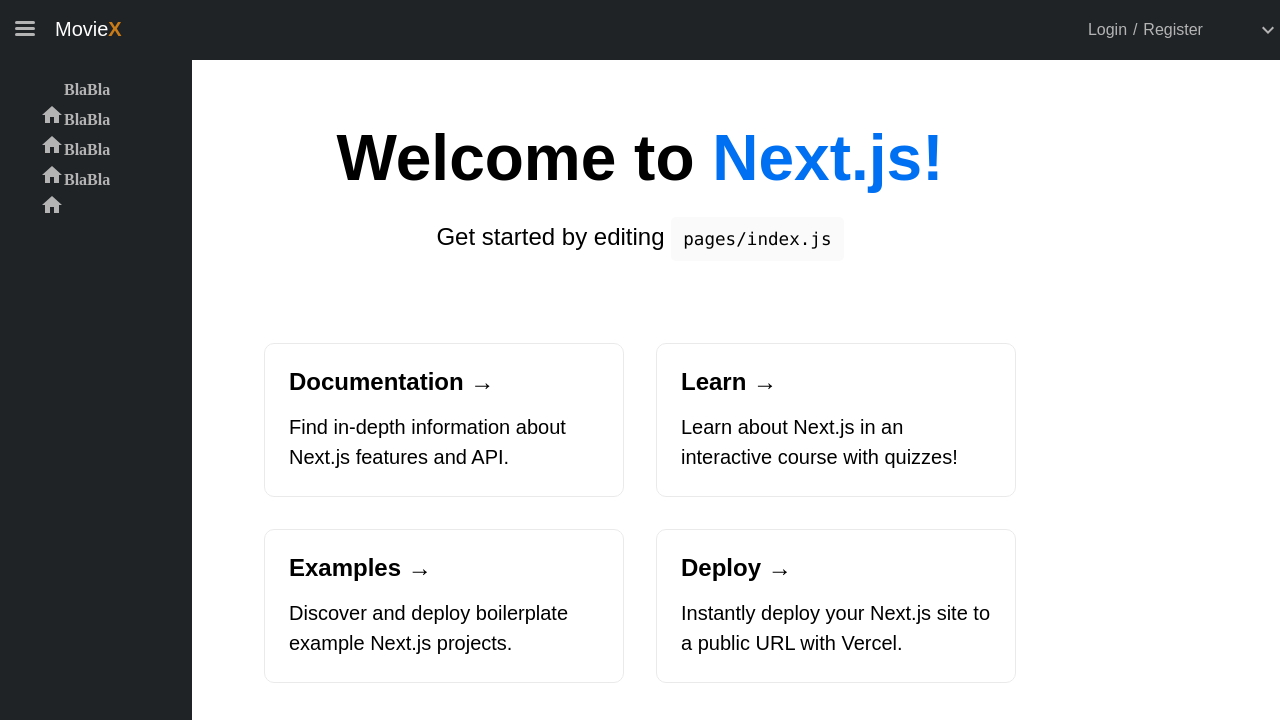
Repository: Amad-Mlinka/MovieTVBrowserNext
Page: /
An editor plug-in stored every save of this project. The page is shown before and after the next save, followed by the edit.
The browser window is 1280 px wide. The pictures show the whole page.
An inner scrolling area shows only its first screen. The project was rebuilt for these pictures with package versions that can differ from the ones it lists, and the page was loaded fresh each time. The framework's server and built-in components were replaced by stand-ins that run in the browser. Also part of the build but not shown: next.config.js.

Above is the page before, as saved 2021-08-03 18:52:29.

### pages/_app.js
import Layout from '../components/layout/Layout'
import '../styles/globals.scss'


function MyApp({ Component, pageProps }) {
  return (
    <Layout>
      <Component {...pageProps} />
    </Layout>


  )
}

export default MyApp

### components/layout/Layout.tsx
import React from 'react'
import Header from "../header/Header"

const Layout = ({children}) => {
    return (
        <>
        <Header/>
        <main>
            {children}
        </main>
        </>

    )
}

export default Layout

### styles/globals.scss
html, body {
  overflow-x: hidden;
  height: 100%;
}
body {
  background: #fff;
  padding: 0;
  margin: 0;
  font-family: 'Varela Round', sans-serif;
}

a {
  color: inherit;
  text-decoration: none;
}

* {
  box-sizing: border-box;
}

### styles/Home.module.scss
.container {
  min-height: 100vh;
  padding: 0 0.5rem;
  display: flex;
  flex-direction: column;
  justify-content: center;
  align-items: center;
  height: 100vh;
}

.main {
  padding: 5rem 0;
  flex: 1;
  display: flex;
  flex-direction: column;
  justify-content: center;
  align-items: center;
}

.footer {
  width: 100%;
  height: 100px;
  border-top: 1px solid #eaeaea;
  display: flex;
  justify-content: center;
  align-items: center;
}

.footer a {
  display: flex;
  justify-content: center;
  align-items: center;
  flex-grow: 1;
}

.title a {
  color: #0070f3;
  text-decoration: none;
}

.title a:hover,
.title a:focus,
.title a:active {
  text-decoration: underline;
}

.title {
  margin: 0;
  line-height: 1.15;
  font-size: 4rem;
}

.title,
.description {
  text-align: center;
}

.description {
  line-height: 1.5;
  font-size: 1.5rem;
}

.code {
  background: #fafafa;
  border-radius: 5px;
  padding: 0.75rem;
  font-size: 1.1rem;
  font-family: Menlo, Monaco, Lucida Console, Liberation Mono, DejaVu Sans Mono,
    Bitstream Vera Sans Mono, Courier New, monospace;
}

.grid {
  display: flex;
  align-items: center;
  justify-content: center;
  flex-wrap: wrap;
  max-width: 800px;
  margin-top: 3rem;
}

.card {
  margin: 1rem;
  padding: 1.5rem;
  text-align: left;
  color: inherit;
  text-decoration: none;
  border: 1px solid #eaeaea;
  border-radius: 10px;
  transition: color 0.15s ease, border-color 0.15s ease;
  width: 45%;
}

.card:hover,
.card:focus,
.card:active {
  color: #0070f3;
  border-color: #0070f3;
}

.card h2 {
  margin: 0 0 1rem 0;
  font-size: 1.5rem;
}

.card p {
  margin: 0;
  font-size: 1.25rem;
  line-height: 1.5;
}

.logo {
  height: 1em;
  margin-left: 0.5rem;
}

@media (max-width: 600px) {
  .grid {
    width: 100%;
    flex-direction: column;
  }
}

### components/header/Header.tsx
/*Imports */
import React, { useState } from 'react'

/*Material components*/
import Avatar from '@material-ui/core/Avatar';

/*Icons*/
import KeyboardArrowDownIcon from '@material-ui/icons/KeyboardArrowDown';
import HomeIcon from '@material-ui/icons/Home';
import SearchIcon from '@material-ui/icons/Search';

/*Import Plugins*/
import $ from "jquery";

/*Styles*/
import headerStyles from "../../styles/Header.module.scss"




const Header = () => {
    const [hamburger, setHamburger] = useState(false)
    const hamburgerToggle = () => {
        setHamburger(!hamburger);

        $(`.${headerStyles.sidebar}`).addClass(`${headerStyles.sidebarActive}`)

    }
    return (
        <>
            <header className={headerStyles.header}>
                <div className={headerStyles.left}>
                    <div className={headerStyles.hamburgerLogo}>
                        <div className={headerStyles.hamburger} onClick={hamburgerToggle}>
                            <div className={`${headerStyles.spinner} ${headerStyles.diagonal} ${hamburger ? headerStyles.part1Active : ""}`}></div>
                            <div className={`${headerStyles.spinner} ${headerStyles.horizontal} ${hamburger ? headerStyles.horizontalActive : ""}`}></div>
                            <div className={`${headerStyles.spinner} ${headerStyles.diagonal} ${hamburger ? headerStyles.part2Active : ""}`}></div>
                        </div>
                        <div data-end="X" className={headerStyles.logo}>
                            <span>Movie</span>
                        </div>
                    </div>

                    <div className={headerStyles.search}>
                        <div className={headerStyles.searchContainer}>
                            <SearchIcon className={headerStyles.searchIcon} />
                            <input type="search" name="searchBar" className={headerStyles.searchBar} ></input>
                        </div>

                    </div>
                </div>
                <div className={headerStyles.right}>
                    <KeyboardArrowDownIcon className={headerStyles.expandButton} />
                    <div className={headerStyles.profile}>
                        <div className={`${headerStyles.loggedIn} ${headerStyles.dNone}`}>

                            <Avatar className={headerStyles.avatar} alt="Amad Mlinaric"> AM </Avatar>
                        </div>
                        <div className={`${headerStyles.notLoggedIn}`}>
                            <div className={headerStyles.loginRegister}>
                                <div className={headerStyles.login}>
                                    <span>Login</span>
                                </div>
                                <span>/</span>
                                <div className={headerStyles.register}>
                                    <span>Register</span>
                                </div>
                            </div>
                        </div>
                    </div>
                </div>

            </header>
            <div className={`${headerStyles.sidebar} ${hamburger ? headerStyles.sidebarActive : ""}`}>
                <div className={headerStyles.sidebarMenu}>
                    <ul className={headerStyles.sidebarList}>
                        <li className={headerStyles.sidebarLink}>
                            <div className={headerStyles.sidebarIcon}>
                                <HomeIcon />
                            </div>
                            BlaBla
                        </li>
                        <li className={headerStyles.sidebarLink}>
                            <div className={headerStyles.sidebarIcon}>
                                <HomeIcon />
                            </div>
                            BlaBla
                        </li>
                        <li className={headerStyles.sidebarLink}>
                            <div className={headerStyles.sidebarIcon}>
                                <HomeIcon />
                            </div>
                            BlaBla
                        </li>
                        <li className={headerStyles.sidebarLink}>
                            <div className={headerStyles.sidebarIcon}>
                                <HomeIcon />
                            </div>
                            BlaBla
                        </li>

                    </ul>
                </div>

            </div>

        </>

    )
}

export default Header

### styles/Header.module.scss
@import "variables.scss";
@import "general.scss";
//***************************Header***************************//

.header {
    display: flex;
    flex-direction: row;
    justify-content: space-between;
    position: relative;
    top: 0;
    left: 0;
    width: 100%;
    background: $base-color;
    height: 60px;
}
.header {
    display: flex;
    flex-direction: row;
    justify-content: space-between;
    position: relative;
    top: 0;
    left: 0;
    width: 100%;
    background: $base-color;
    height: 60px;
}
.left {
    display: flex;
    flex-direction: row;
    width: 50%;
    justify-content: flex-start;
    align-items: center;
    height: 100%;
}
.hamburgerLogo {
    display: flex;
    flex-direction: row;
}
.hamburger {
    box-sizing: border-box;
    cursor: pointer;
    z-index: 99;
    height: 25px;
    width: 25px;
    margin: 0px 15px;
}
.spinner {
    box-sizing: border-box;
    position: absolute;
    height: 3px;
    width: 20px;
    background-color: #b4b4b4;
    border-radius: 5px;
    margin-top: 3px;
}
.horizontal {
    box-sizing: border-box;
    position: relative;
    transition: all ease-out 0.3s;
}
.horizontalActive{
    display: none;
}
.diagonal {
    box-sizing: border-box;
    position: relative;
    transition: all ease-out 0.3s;
}
.part1Active{
    transform: rotate(
        45deg
        );
        top: 4px;

}
.part2Active{
    transform: rotate(
        315deg
        );
    bottom: 2px;
}
.logo {
    &::after {
        content: "X";
        color: $secondary-color;
        font-weight: bolder;
        font-size: 20px;
    }
    span{
        display: none;
    }
    font-size: 20px;
    color: white;

}
.search {
    position: absolute;
    left: 0;
    top: 60px;
    background: $base-color;
    width: 100%;
    display: flex;
    flex-direction: column;
    justify-content: center;
    align-items: center;

}
.searchContainer{
    width: 80%;
    display: none;
}
.searchIcon {
    position: absolute;
    margin: 10px 15px;
    color: #b4b4b4;
    height: 20px;
}

.searchBar {
    width: 100%;
    background: #303437;
    border: 0;
    height: 40px;
    border-radius: 5px;
    padding-left: 45px;
    caret-color: black;
    transition: background 0.3s ease-in-out;
    margin-bottom: 20px;
    &:focus {
        background: white;
        outline: none;
    }
}
.right{
    height: 100%;
    display: flex;
    flex-direction: row-reverse;
    align-items: center;
    width: 50%;
}
.expandButton{
    font-size: 40px;
    color: $tertiary-color;

}
.profile{
    display: flex;
    flex-direction: row;
    justify-content:flex-start;
   .loggedIn{
       display: flex;
   }
    .notLoggedIn{
        .loginRegister{
            display: flex;
            flex-direction: row;
            justify-content: space-between;
            color: #b4b4b4;
            width: 115px;
            margin-right: 10px;
        }

    }
}

@include breakpoint(min-tablet){


    .header {
        display: flex;
        flex-direction: row;
        justify-content: space-between;
        position: relative;
        top: 0;
        left: 0;
        width: 100%;
        background: $base-color;
        height: 60px;
    }
    .left {
        display: flex;
        flex-direction: row;
        width: 50%;
        justify-content: flex-start;
        align-items: center;
        height: 100%;
    }
    .logo {
        font-size: 20px;
        color: white;
        span{
            display: inline;
        }
        &::after {
            content: attr(data-end);
            color: $secondary-color;
            font-weight: bolder;
        }
    }
    .search {
        position: relative;
        margin-left: 10px;
        top: 0;
        left: 0;
    }

    .expandButton{
        display: none;
    }
    .searchIcon {
        position: absolute;
        margin: 10px 15px;
        color: #b4b4b4;
        height: 20px;
    }

    .searchBar {
        width: 250px;
        background: #303437;
        border: 0;
        height: 40px;
        border-radius: 5px;
        padding-left: 45px;
        caret-color: black;
        transition: background 0.3s ease-in-out;
        margin: 0;
        &:focus {
            background: white;
            outline: none;
        }
    }
    .right{
        height: 100%;
        display: flex;
        flex-direction: row-reverse;
        align-items: center;
        width: 50%;
    }
    .profile{
        display: flex;
        flex-direction: row;
        width: 33%;
        justify-content: center;
        .loggedIn{
            .avatar{
                margin-left: 45px;
            }
        }
        .notLoggedIn{
            .loginRegister{
                display: flex;
                flex-direction: row;
                justify-content: space-between;
                color: #b4b4b4;
                width: 115px;
            }

        }
    }


}

//****************************/Header/***************************//
//***************************Sidebar***************************//

.sidebar{
    position: fixed;
    width: 15%;
    height: 100%;
    transition: width .5s;
    background: $base-color;
    display: flex;
    flex-direction: column;
}

.sidebarActive{
    width: 50%;
}

.sidebarMenu{
    height: 60%;
    margin-top: 5px;
}

.sidebarList{
    list-style-type: none;
}

.sidebarLink{
    height: 30px;
    color: $tertiary-color;
    font-family: "Open-sans";
    font-weight: bolder;
    display: flex;
    flex-direction: row;
    .sidebarIcon{
        font-size: 50px;
    }
}

### styles/variables.scss
$base-color:#1f2326;
$secondary-color:#cb7c17;
$tertiary-color:#b4b4b4;

@mixin breakpoint($point) {
    @if $point == min-desktop {
      @media (min-width: 993px) { @content ; }
   }
    @else if $point == min-laptop {
      @media (min-width: 769px) { @content ; }
   }
     @else if $point == min-tablet {
      @media (min-width: 593px) { @content ; }
   }
   @else if $point == min-mobile {
      @media (min-width: 0px)  { @content ; }

   }@else if $point == max-desktop {
      @media (max-width: 1200px) { @content ; }

   }@else if $point == max-laptop {
      @media (max-width: 992px) { @content ; }
   }
     @else if $point == max-tablet {
      @media (max-width: 768px) { @content ; }
   }
   @else if $point == max-mobile {
      @media (max-width: 592px)  { @content ; }

   }
 }

### styles/general.scss
.dNone{
    display: none !important;
}
.dBlock{
    display: block !important;
}

Loaded but not shown: pages/index.js (common file)

After the next save:
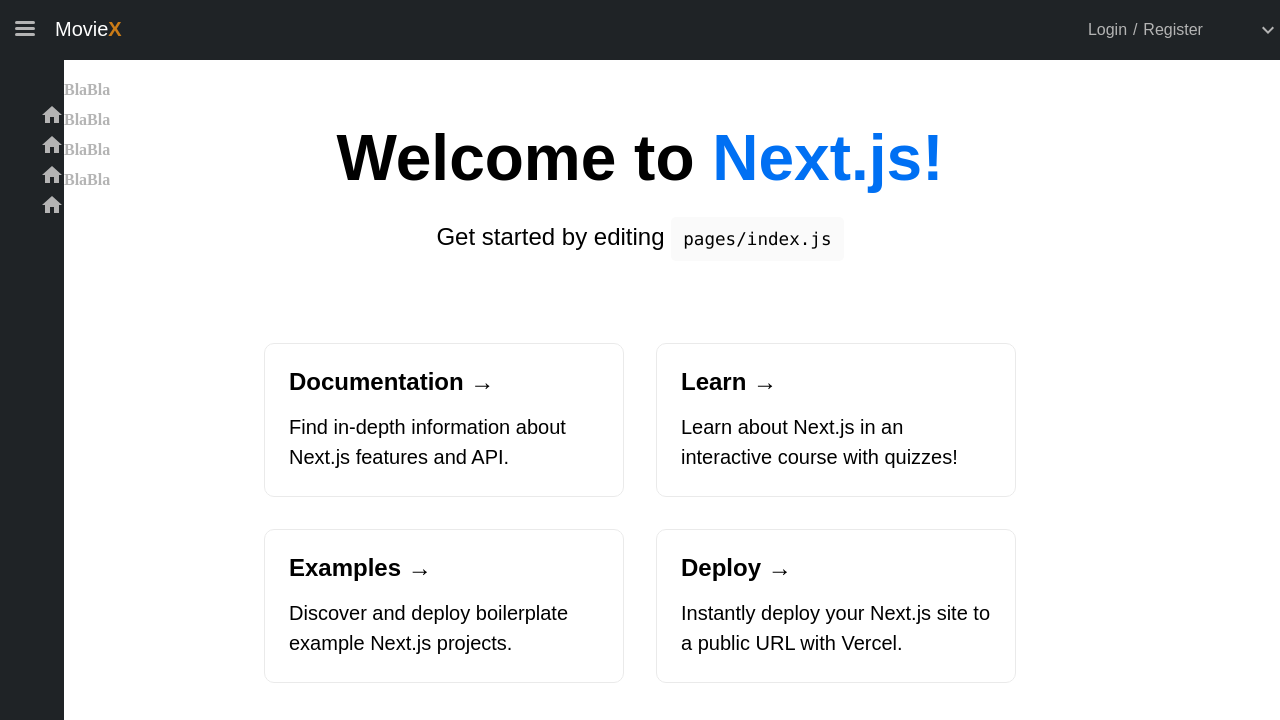
Saved 6 s later.
--- a/styles/Header.module.scss
+++ b/styles/Header.module.scss
@@ -266,7 +266,7 @@
 
 .sidebar{
     position: fixed;
-    width: 15%;
+    width: 5%;
     height: 100%;
     transition: width .5s;
     background: $base-color;
